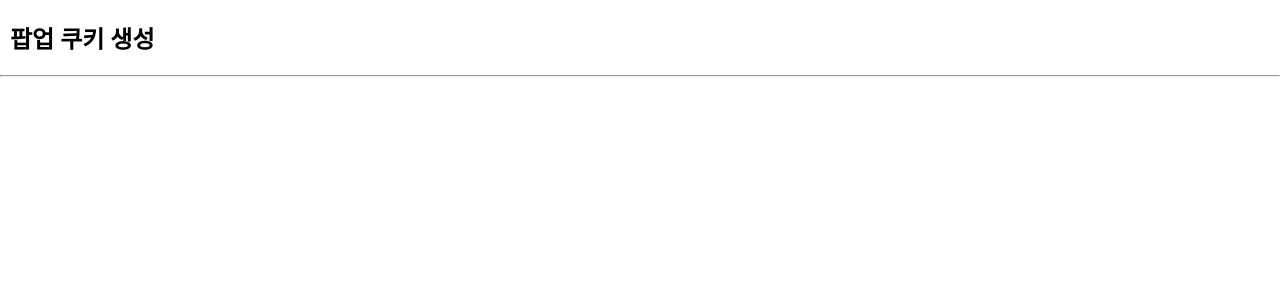
Repository: hyunh84/jsp_study
Page: http://localhost/Day07/j06_file03.jsp
The author's editor kept a copy of each file at every save. The page is drawn from the files as they stood at one save, then again after the next save.
The browser window is 1280 px wide. The pictures show the whole page.
The page is served by Tomcat 9.

Above is the page before, as saved 2015-10-10 03:35:23.

After the next save:
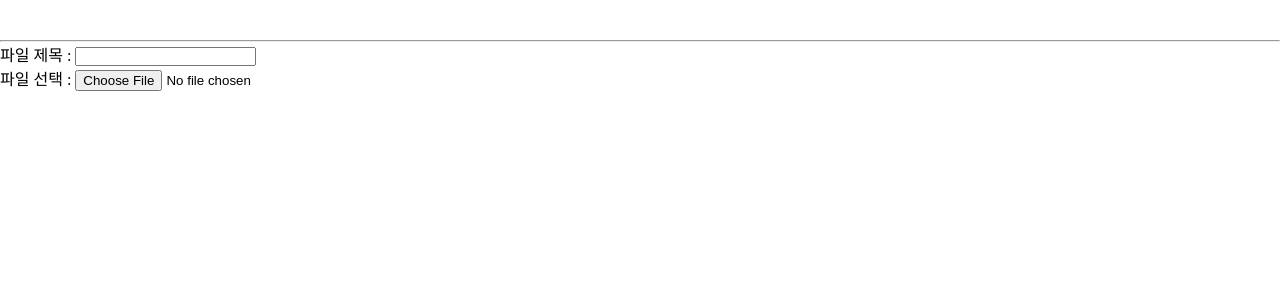
Saved 24 min 8 s later.
--- a/MyWorks/Day07/WebContent/j06_file03.jsp
+++ b/MyWorks/Day07/WebContent/j06_file03.jsp
@@ -16,27 +16,22 @@
 </style>
 </head>
 <body>
-	<h2>팝업 쿠키 생성</h2>
+	<h2></h2>
 	<hr />
 
-	<%
-
-		Cookie ck = new Cookie("nopop", "abc");
-
-		ck.setMaxAge(10);
-
-		response.addCookie(ck);
+	<%--
 
 
-	%>
-
-	<script type="text/javascript">
-
-		self.close();// 현재 내 화면 닫기
-
-	</script>
 
 
+
+	--%>
+
+	<form action="">
+		파일 제목 : <input type="text" name="title" /><br />
+		파일 선택 : <input type="file" name="file" /><br />
+
+	</form>
 
 
 
